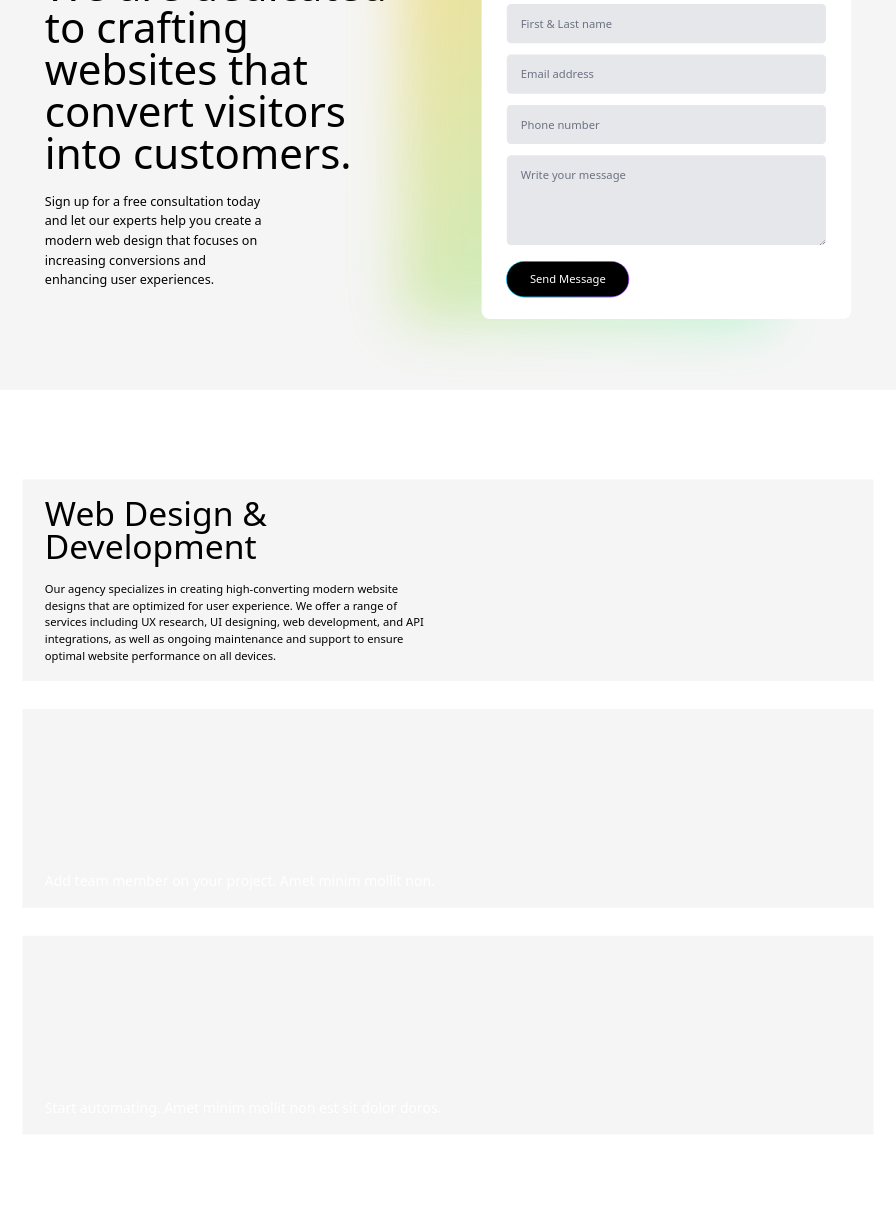
Repository: ornelasedward/mired_website
Page: /
The author's editor kept a copy of each file at every save. The page is drawn from the files as they stood at one save, then again after the next save.
The browser window is 1280 px wide. The pictures show the part of the page from y = 1477 to 3397 px (the page is 3226 px tall before and 3546 px after), at 70% of full size.
The project was rebuilt for these pictures with package versions that can differ from the ones it lists, and the page was loaded fresh each time. The framework's server and built-in components were replaced by stand-ins that run in the browser. Also part of the build but not shown: next.config.js.

Above is the page before, as saved 2023-03-28 19:57:12.

### app/layout.tsx
import "./globals.css";

export const metadata = {
  title: "Mired",
  description: "Web design and development services",
};

export default function RootLayout({
  children,
}: {
  children: React.ReactNode;
}) {
  return (
    <html lang="en" className="bg-[#F5F5F5]">
      <body>{children}</body>
    </html>
  );
}

### app/page.tsx
import Header from "@/components/Header";
import Hero from "@/components/Hero";
import Services from "@/components/Services";
import CTA from "@/components/CTA";
import { Inter } from "next/font/google";
import Testimonial from "@/components/Testimonials";
import FAQ from "@/components/FAQ";
import Contact from "@/components/Contact";
import Footer from "@/components/Footer";

const inter = Inter({ subsets: ["latin"] });

export default function Home() {
  return (
    <main>
      <Hero />
      <Header />
      <Services />
      {/*  <CTA />
      <Testimonial />
      <FAQ />
      <Contact />
      <Footer /> */}
    </main>
  );
}

### components/Header.tsx
export default function Header() {
  return (
    <section className="py-12 overflow-hidden sm:py-16 lg:py-20 xl:py-24">
      <div className="px-4 mx-auto max-w-7xl sm:px-6 lg:px-8">
        <div className="grid max-w-6xl grid-cols-1 mx-auto gap-y-12 lg:grid-cols-2 lg:gap-x-16 xl:gap-x-24">
          <div className="relative flex flex-col justify-between max-w-lg lg:py-12 lg:max-w-none">
            <div className="flex-1">
              <p className="text-sm font-normal tracking-widest uppercase">
                <span className="text-transparent bg-clip-text bg-gradient-to-r from-cyan-500 to-purple-500">
                  {" "}
                  Have a project in mind?{" "}
                </span>
              </p>
            </div>

            <div className="mt-6 lg:mt-auto">
              <h2 className="text-3xl font-normal text-black sm:text-4xl lg:text-5xl xl:text-6xl">
                We are dedicated to crafting websites that convert visitors into
                customers.
              </h2>
              <p className="mt-4 text-base font-normal text-black lg:max-w-xs sm:text-lg sm:mt-6">
                Sign up for a free consultation today and let our experts help
                you create a modern web design that focuses on increasing
                conversions and enhancing user experiences.
              </p>
            </div>
          </div>

          <div className="relative flex items-center justify-center">
            <div className="absolute right-1/4 transform translate-x-4 -translate-y-1/2 top-1/2 bg-gradient-to-br from-[#F7BE08] to-[#55F5A3] w-full h-full blur-2xl opacity-40" />

            <div className="relative overflow-hidden bg-white rounded-xl">
              <div className="p-6 sm:py-8 sm:px-9">
                <p className="text-xl font-normal text-black">
                  Let us know about your business & we will be in contact to
                  help you grow your business.
                </p>

                <form action="#" method="POST" className="mt-8 space-y-4">
                  <div>
                    <label for="" className="sr-only">
                      {" "}
                      Full name{" "}
                    </label>
                    <div>
                      <input
                        type="text"
                        name=""
                        id=""
                        placeholder="First & Last name"
                        className="block w-full px-5 py-4 text-base text-black placeholder-gray-500 bg-gray-200 rounded-md focus:border-black focus:ring-1 focus:ring-black"
                      />
                    </div>
                  </div>

                  <div>
                    <label for="" className="sr-only">
                      {" "}
                      Email address{" "}
                    </label>
                    <div>
                      <input
                        type="email"
                        name=""
                        id=""
                        placeholder="Email address"
                        className="block w-full px-5 py-4 text-base text-black placeholder-gray-500 bg-gray-200 rounded-md focus:border-black focus:ring-1 focus:ring-black"
                      />
                    </div>
                  </div>

                  <div>
                    <label for="" className="sr-only">
                      {" "}
                      Phone number{" "}
                    </label>
                    <div>
                      <input
                        type="tel"
                        name=""
                        id=""
                        placeholder="Phone number"
                        className="block w-full px-5 py-4 text-base text-black placeholder-gray-500 bg-gray-200 rounded-md focus:border-black focus:ring-1 focus:ring-black"
                      />
                    </div>
                  </div>

                  <div>
                    <label for="" className="sr-only">
                      {" "}
                      Message{" "}
                    </label>
                    <div>
                      <textarea
                        name=""
                        id=""
                        placeholder="Write your message"
                        rows="4"
                        className="block w-full px-5 py-4 text-base text-black placeholder-gray-500 bg-gray-200 rounded-md focus:border-black focus:ring-1 focus:ring-black"
                      ></textarea>
                    </div>
                  </div>

                  <div>
                    <div className="relative inline-flex mt-2 group">
                      <div className="absolute transition-all duration-200 rounded-[2rem] -inset-px bg-gradient-to-r from-cyan-500 to-purple-500 group-hover:shadow-lg group-hover:shadow-cyan-500/50"></div>
                      <button
                        type="button"
                        className="relative inline-flex items-center justify-center px-8 py-3 text-base font-normal text-white bg-black border border-transparent rounded-[2rem]"
                        role="button"
                      >
                        Send Message
                      </button>
                    </div>
                  </div>
                </form>
              </div>
            </div>
          </div>
        </div>
      </div>
    </section>
  );
}

### components/Hero.tsx
import Image from "next/image";
import Link from "next/link";
import header from "../images/header.png";
import Logo from "../images/Logo.png";

export default function Hero() {
  return (
    <div className="overflow-x-hidden">
      <header className="py-4 md:py-6" x-data="{expanded: false}">
        <div className="container px-4 mx-auto sm:px-6 lg:px-8">
          <div className="flex items-center justify-between">
            <div className="flex-shrink-0">
              <Link
                href="#"
                title=""
                className="flex rounded outline-none focus:ring-1 focus:ring-gray-900 focus:ring-offset-2"
              >
                <Image
                  className="w-auto h-9"
                  src={Logo}
                  alt=""
                  width={100}
                  height={100}
                />
              </Link>
            </div>

            <div className="flex lg:hidden">
              <button type="button" className="text-gray-900">
                <span x-show="!expanded" aria-hidden="true">
                  <svg
                    className="w-7 h-7"
                    xmlns="http://www.w3.org/2000/svg"
                    fill="none"
                    viewBox="0 0 24 24"
                    stroke="currentColor"
                  >
                    <path
                      stroke-linecap="round"
                      stroke-linejoin="round"
                      stroke-width="1.5"
                      d="M4 6h16M4 12h16M4 18h16"
                    />
                  </svg>
                </span>

                <span x-show="expanded" aria-hidden="true">
                  <svg
                    className="w-7 h-7"
                    xmlns="http://www.w3.org/2000/svg"
                    fill="none"
                    viewBox="0 0 24 24"
                    stroke="currentColor"
                  >
                    <path
                      stroke-linecap="round"
                      stroke-linejoin="round"
                      stroke-width="2"
                      d="M6 18L18 6M6 6l12 12"
                    />
                  </svg>
                </span>
              </button>
            </div>

            <div className="hidden lg:flex lg:ml-16 lg:items-center lg:justify-center lg:space-x-10 xl:space-x-12">
              <Link
                href="#"
                title=""
                className="text-base font-medium text-gray-900 transition-all duration-200 rounded focus:outline-none font-pj hover:text-opacity-50 focus:ring-1 focus:ring-gray-900 focus:ring-offset-2 p-2"
              >
                Home
              </Link>

              <Link
                href="#"
                title=""
                className="text-base font-medium text-gray-900 transition-all duration-200 rounded focus:outline-none font-pj hover:text-opacity-50 focus:ring-1 focus:ring-gray-900 focus:ring-offset-2 p-2"
              >
                About
              </Link>

              <Link
                href="#"
                title=""
                className="text-base font-medium text-gray-900 transition-all duration-200 rounded focus:outline-none font-pj hover:text-opacity-50 focus:ring-1 focus:ring-gray-900 focus:ring-offset-2 p-2"
              >
                Services
              </Link>
              <Link
                href="#"
                title=""
                className="text-base font-medium text-gray-900 transition-all duration-200 rounded focus:outline-none font-pj hover:text-opacity-50 focus:ring-1 focus:ring-gray-900 focus:ring-offset-2 p-2"
              >
                Our work
              </Link>
              <Link
                href="#"
                title=""
                className="text-base font-medium text-gray-900 transition-all duration-200 rounded focus:outline-none font-pj hover:text-opacity-50 focus:ring-1 focus:ring-gray-900 focus:ring-offset-2 p-2"
              >
                FAQ
              </Link>
            </div>

            <div className="hidden lg:ml-auto lg:flex lg:items-center lg:space-x-10">
              <Link href="/" title="">
                <button
                  className="inline-flex items-center justify-center px-6 py-3 text-base font-normal leading-7 text-black transition-all duration-200 bg-transparent border-[2px] border-black rounded-[2rem] font-inter cursor-pointer focus:outline-none focus:ring-2 focus:ring-offset-2 focus:ring-gray-900 hover:bg-gray-900 focus:bg-gray-900 hover:text-white focus:text-white hover:border-gray-900 focus:border-gray-900"
                  role="button"
                >
                  <h1>Work with us</h1>
                  <svg
                    xmlns="http://www.w3.org/2000/svg"
                    fill="none"
                    viewBox="0 0 24 24"
                    stroke-width="1.5"
                    stroke="currentColor"
                    className="w-auto h-8 items-center pt-1 pl-2"
                  >
                    <path
                      stroke-linecap="round"
                      stroke-linejoin="round"
                      d="M17.25 8.25L21 12m0 0l-3.75 3.75M21 12H3"
                    />
                  </svg>
                </button>
              </Link>
            </div>
          </div>

          {/* <nav x-show="expanded" x-collapse>
            <div className="px-1 py-8">
              <div className="grid gap-y-7">
                <Link
                  href="#"
                  title=""
                  className="flex items-center p-3 -m-3 text-base font-medium text-gray-900 transition-all duration-200 rounded-xl hover:bg-gray-50 focus:outline-none font-pj focus:ring-1 focus:ring-gray-900 focus:ring-offset-2"
                >
                  {" "}
                  Features{" "}
                </Link>

                <Link
                  href="#"
                  title=""
                  className="flex items-center p-3 -m-3 text-base font-medium text-gray-900 transition-all duration-200 rounded-xl hover:bg-gray-50 focus:outline-none font-pj focus:ring-1 focus:ring-gray-900 focus:ring-offset-2"
                >
                  {" "}
                  Pricing{" "}
                </Link>

                <Link
                  href="#"
                  title=""
                  className="flex items-center p-3 -m-3 text-base font-medium text-gray-900 transition-all duration-200 rounded-xl hover:bg-gray-50 focus:outline-none font-pj focus:ring-1 focus:ring-gray-900 focus:ring-offset-2"
                >
                  {" "}
                  Automation{" "}
                </Link>

                <Link
                  href="#"
                  title=""
                  className="flex items-center p-3 -m-3 text-base font-medium text-gray-900 transition-all duration-200 rounded-xl hover:bg-gray-50 focus:outline-none font-pj focus:ring-1 focus:ring-gray-900 focus:ring-offset-2"
                >
                  {" "}
                  Customer Login{" "}
                </Link>

                <Link
                  href="#"
                  title=""
                  className="inline-flex items-center justify-center px-6 py-3 text-base font-bold leading-7 text-white transition-all duration-200 bg-gray-900 border border-transparent rounded-xl hover:bg-gray-600 font-pj focus:outline-none focus:ring-2 focus:ring-offset-2 focus:ring-gray-900"
                  role="button"
                >
                  Sign up
                </Link>
              </div>
            </div>
          </nav> */}
        </div>
      </header>

      <section className="pt-12 sm:pt-16">
        <div className="px-4 mx-auto max-w-7xl sm:px-6 lg:px-8">
          <div className="max-w-4xl mx-auto text-center">
            <div className="flex flex-col gap-4">
              <h1 className="mt-5 text-4xl font-light leading-tight text-gray-900 sm:leading-tight sm:text-5xl lg:text-6xl lg:leading-tight font-pj">
                Boost your online success with our data-driven
                <span className="relative inline-flex sm:inline">
                  {/* <span className="bg-gradient-to-r from-[#44BCFF] via-[#FF44EC] to-[#FF675E] blur-lg filter opacity-30 w-full h-full absolute inset-0"></span> */}
                  <span className="relative"> solutions </span>
                </span>
              </h1>
              <p className="px-6 text-lg text-gray-600 font-inter">
                Get the website you&apos;ve always wanted and the conversions{" "}
                you deserve with our
                <br /> full-service agency.
              </p>
            </div>
            <div className="px-8 sm:items-center sm:justify-center sm:px-0 sm:space-x-5 sm:flex mt-9">
              <Link
                href="#"
                title=""
                className="inline-flex items-center justify-center w-full px-8 py-3 text-lg font-bold text-black transition-all duration-200 bg-[#F8D44C] border-2 border-transparent sm:w-auto rounded-[2rem] font-pj hover:bg-gray-600 hover:text-white focus:bg-gray-600 focus:text-white focus:outline-none focus:ring-2 focus:ring-offset-2 focus:ring-gray-900"
                role="button"
              >
                Book a consultation
              </Link>

              <Link
                href="#"
                title=""
                className="inline-flex items-center justify-center w-full px-6 py-3 mt-4 text-lg font-bold text-black transition-all duration-200 border-2 border-black sm:w-auto sm:mt-0 rounded-[2rem] font-pj focus:outline-none focus:ring-2 focus:ring-offset-2 focus:ring-gray-900 hover:bg-gray-900 focus:bg-gray-900 hover:text-white focus:text-white hover:border-gray-900 focus:border-gray-900"
                role="button"
              >
                Take our quiz
                <svg
                  className="w-5 h-5 mr-2 pt-1"
                  viewBox="0 0 18 18"
                  fill="none"
                  stroke="currentColor"
                  xmlns="http://www.w3.org/2000/svg"
                >
                  <path
                    d="M8.18003 13.4261C6.8586 14.3918 5 13.448 5 11.8113V5.43865C5 3.80198 6.8586 2.85821 8.18003 3.82387L12.5403 7.01022C13.6336 7.80916 13.6336 9.44084 12.5403 10.2398L8.18003 13.4261Z"
                    stroke-width="2"
                    stroke-miterlimit="10"
                    stroke-linecap="round"
                    stroke-linejoin="round"
                  />
                </svg>
              </Link>
            </div>
          </div>
        </div>
        <div className="absolute bottom-1/2 left-1/4 w-2/3 h-full rounded-full bg-[#55F5A3] opacity-80 blur-3xl filter -z-10" />
        <div className="absolute bottom-1/4 right-0 w-1/4 h-full rounded-full bg-[#F1CB00] opacity-50 blur-3xl filter -z-10" />
        <div className="py-12">
          <div className="">
            <Image
              className="m-auto"
              src={header}
              alt=""
              width={900}
              height={900}
            />
          </div>
        </div>
      </section>
    </div>
  );
}

### components/Services.tsx
import Image from "next/image";
import Laptop from "../images/Laptop.png";

export default function Services() {
  return (
    <div className="bg-white">
      <div className="relative px-4 mx-auto sm:px-6 lg:px-8 max-w-7xl">
        <div className="grid grid-cols-1 gap-10 py-32">
          <div className="bg-[#F5F5F5]">
            <div className="grid grid-cols-2">
              <div className="p-6 sm:px-8 flex flex-col gap-6">
                <h1 className="text-5xl font-normal text-black">
                  Web Design & Development
                </h1>
                <p className="text-md">
                  Our agency specializes in creating high-converting modern
                  website designs that are optimized for user experience. We
                  offer a range of services including UX research, UI designing,
                  web development, and API integrations, as well as ongoing
                  maintenance and support to ensure optimal website performance
                  on all devices.
                </p>
              </div>
            </div>
          </div>

          <div className="bg-[#F5F5F5]">
            <div className="p-6 sm:px-8">
              <p className="mt-12 text-xl font-normal text-white lg:mt-32 xl:mt-52">
                Add team member on your project. Amet minim mollit non.
              </p>
            </div>
          </div>

          <div className="bg-[#F5F5F5]">
            <div className="p-6 sm:px-8">
              <p className="mt-12 text-xl font-normal text-white lg:mt-32 xl:mt-52">
                Start automating. Amet minim mollit non est sit dolor doros.
              </p>
            </div>
          </div>
        </div>
      </div>
    </div>
  );
}

Loaded but not shown: app/globals.css (common file); tailwind.config.js (common file)

After the next save:
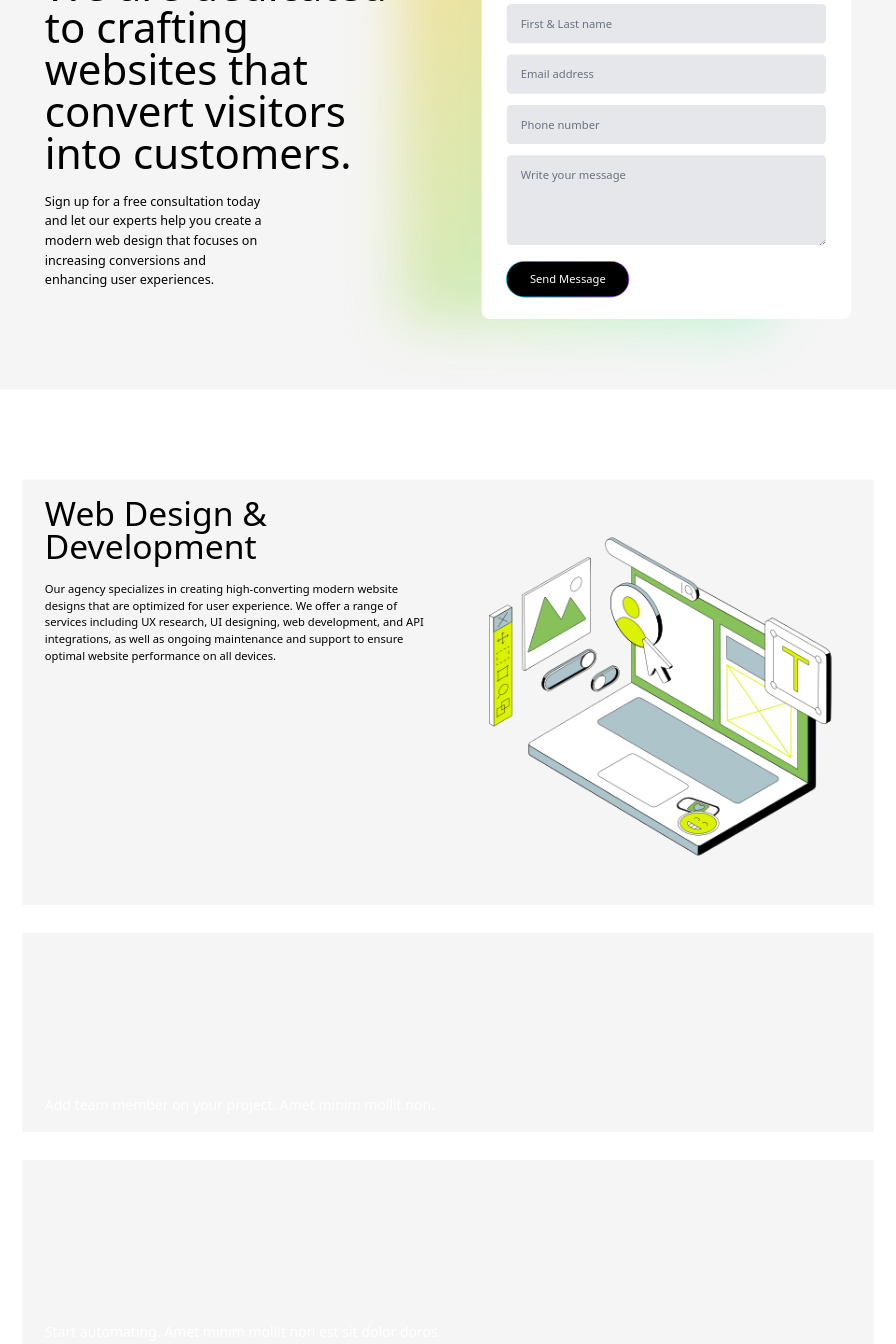
Saved 4 s later.
--- a/components/Services.tsx
+++ b/components/Services.tsx
@@ -20,6 +20,15 @@
                   maintenance and support to ensure optimal website performance
                   on all devices.
                 </p>
+              </div>
+              <div>
+                <Image
+                  className="m-auto"
+                  src={Laptop}
+                  alt=""
+                  width={900}
+                  height={900}
+                />
               </div>
             </div>
           </div>

After the save that followed:
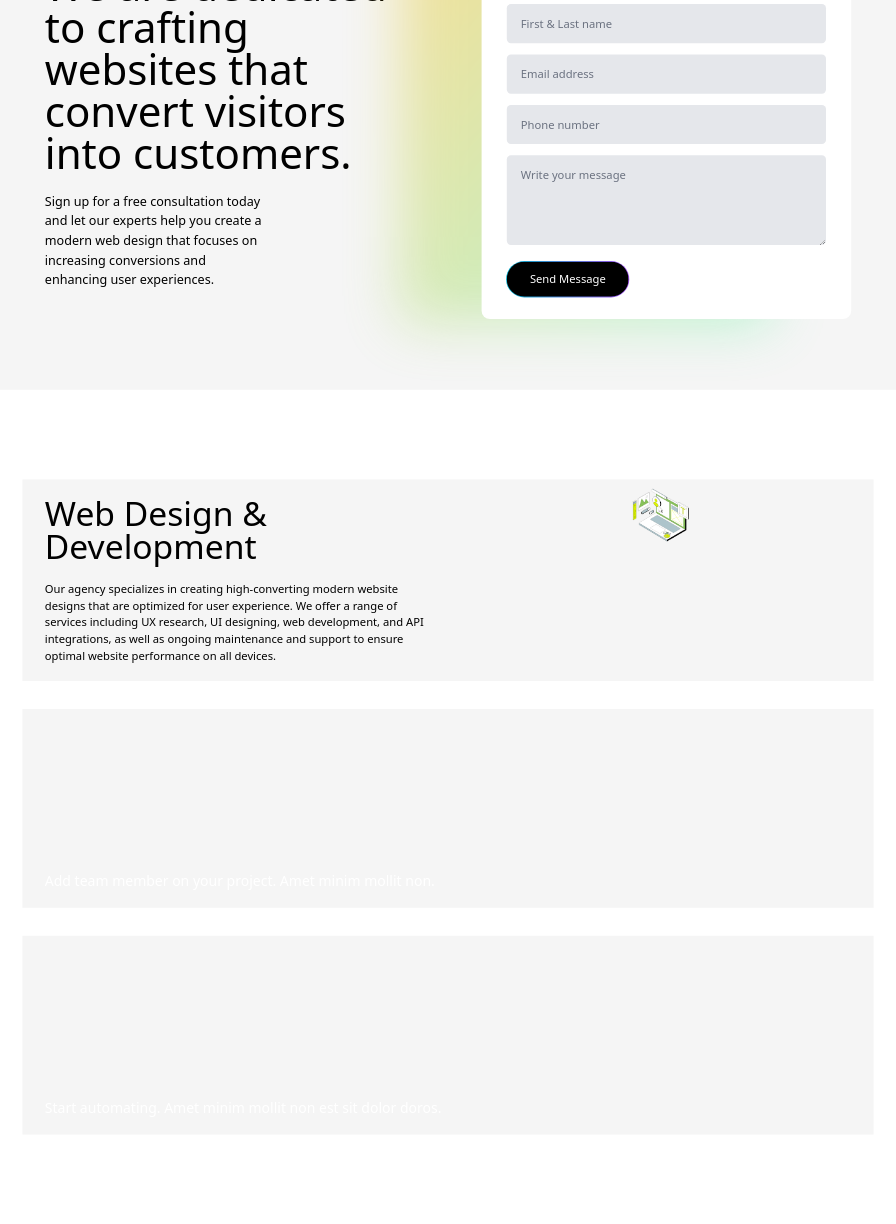
Saved 10 s later.
--- a/components/Services.tsx
+++ b/components/Services.tsx
@@ -26,8 +26,8 @@
                   className="m-auto"
                   src={Laptop}
                   alt=""
-                  width={900}
-                  height={900}
+                  width={100}
+                  height={100}
                 />
               </div>
             </div>
